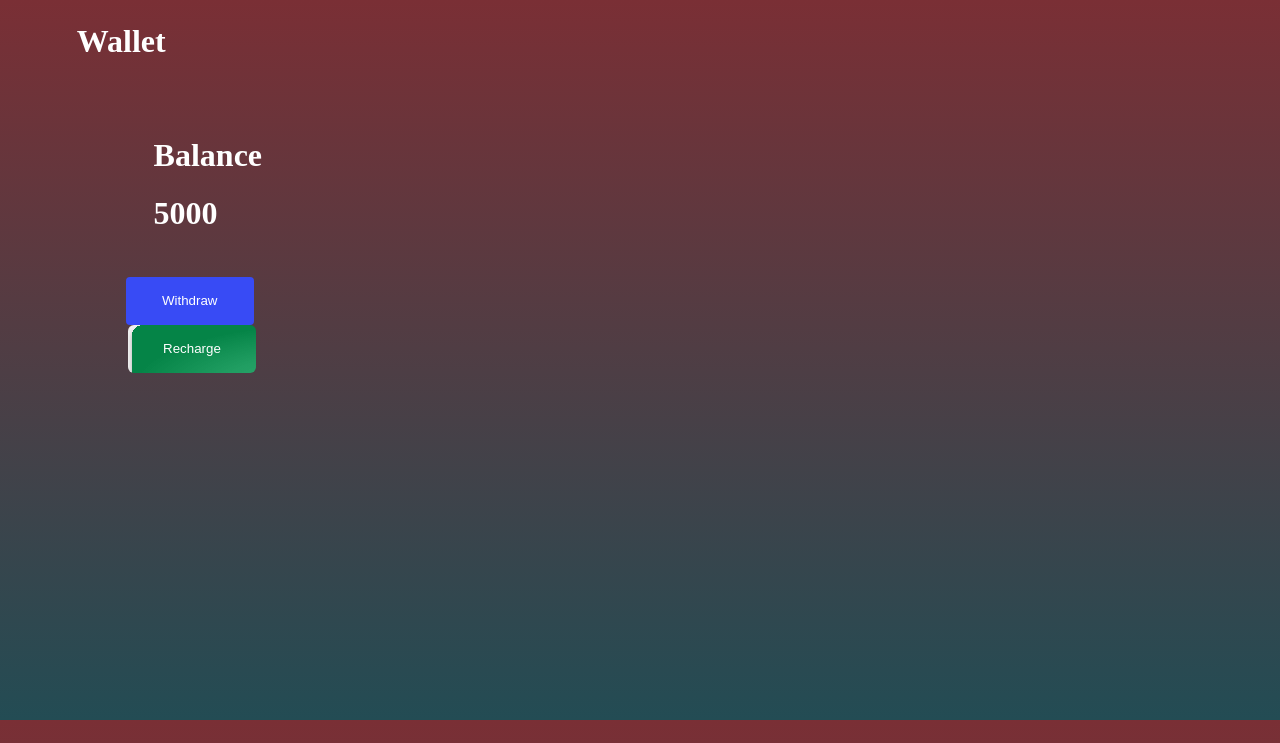
Repository: jagan607/N-Kalari
Page: /
The author's editor kept a copy of each file at every save. The page is drawn from the files as they stood at one save, then again after the next save.
The browser window is 1280 px wide. The pictures show the whole page.
The project was rebuilt for these pictures with package versions that can differ from the ones it lists, and the page was loaded fresh each time. Also part of the build but not shown: src/App.css, src/helpers/firebase.js, src/components/Login/Login.js.

Above is the page before, as saved 2022-01-07 20:40:51.

### src/index.css
body,
html,
.App,
#root,
.main {
  width: 100%;
  height:100%;
  scroll-behavior: smooth;

}
body{
    margin: 0;
    padding: 0;
    text-align: center;
    background-image: linear-gradient(#7A2F35, #234C54);
  }

### src/App.js
import logo from './logo.svg';
import './App.css';
import React, { Component } from "react"
import Login from './components/Login/Login'
import Wallet from './components/wallet/Wallet'
import {history} from './helpers/history'
import {Router, Route, Routes } from "react-router-dom";


class App extends Component {
  constructor(props) {
    super(props);
  }

  render() {
    return(
      <div>
        {/* <Login></Login> */}

        <Wallet></Wallet>

          {/* <Route exact path="/">
          </Route> */}
          {/* <Route exact path="/wallet">
            <Wallet/>
          </Route> */}
     </div>
    );
}
}

export default App;

### src/components/wallet/Wallet.js
import React, { Component } from "react"
import styles from './index.css';

class Wallet extends Component{
    constructor(props){
        super(props);


    }

    render(){
        return(
            <div>
                <div className="left">
                    <div className="balance">
                        <h1 className="heading">Wallet</h1>
                        <h1 className="balance-heading">Balance </h1>
                        <h1 className="balance-value">5000</h1>
                    </div>
                <div className="buttons">
                    <button className="withdraw">Withdraw</button>
                    <button className="recharge">Recharge</button>

                </div>
                </div>
                <div className="right">
                    <div className="recent-transactions">

                    </div>
                </div>
            </div>

        )
    }
}
export default Wallet;

### src/components/wallet/index.css
.left{
    width: 60%;

}

.heading{
    color: white;
    text-align: left;
    margin-left: 10%;
    margin-top: 3%;
}

.balance-heading{
    color :white;
    text-align: left;
    margin-left: 20%;
    margin-top: 10%;
}

.balance-value{
    color :white;
    text-align: left;
    margin-left: 20%;
    margin-top: 2%;
}

.buttons{
    width: 30%;
    float: left;
    margin-left: 10%;
    margin-top: 3%;
}

.withdraw{
    margin-right: 2%;
    width: 8rem;
    height: 3rem;
    background: #384BF5;
    border-radius: 4px;
    color: white;
    border: none;


}

.recharge{
    width: 8rem;
    height: 3rem;
    background-image: url("data:[embedded picture, 1436 characters]");
    color: white;
    border: none;
    border-radius: 6px;

}

.right{

}

Loaded but not shown: public/index.html (common file); src/index.js (common file); src/reportWebVitals.js (common file); src/helpers/history.js (common file)

After the next save:
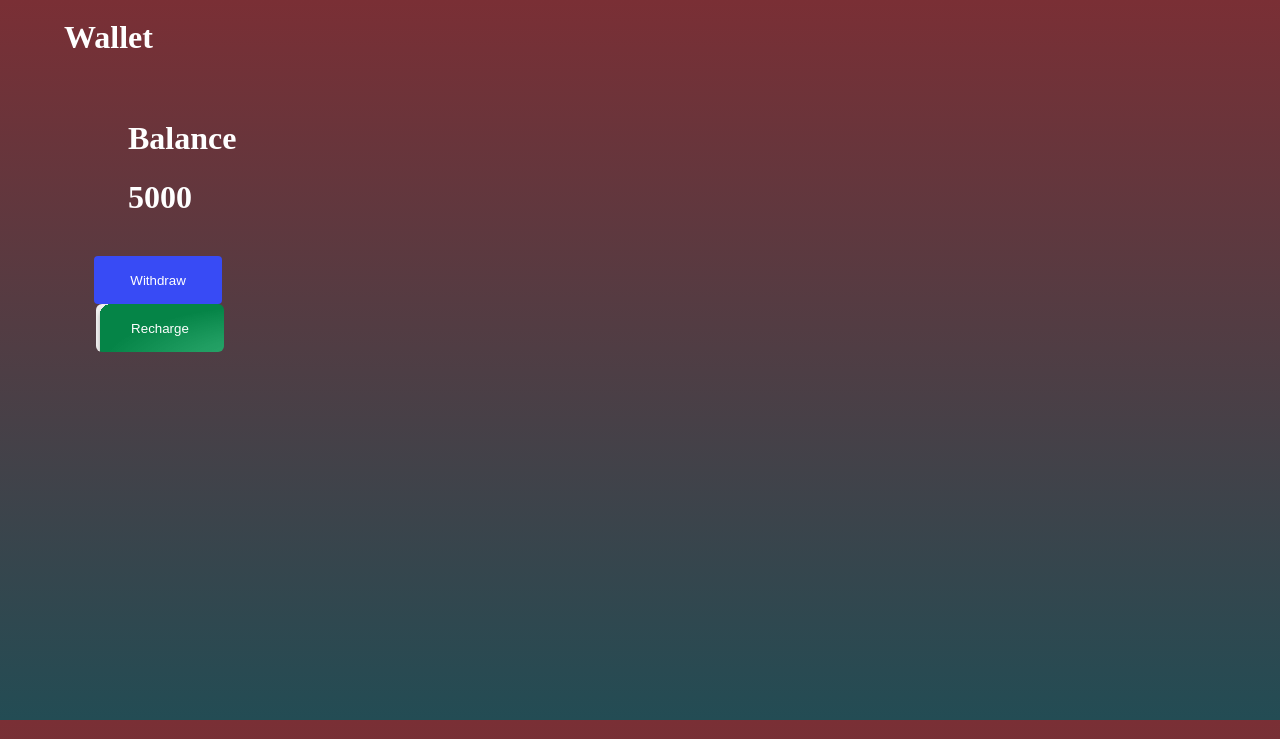
Saved 37 s later.
--- a/src/components/wallet/index.css
+++ b/src/components/wallet/index.css
@@ -1,5 +1,6 @@
 .left{
-    width: 60%;
+    width: 50%;
+    height: 100%;
 
 }
 
